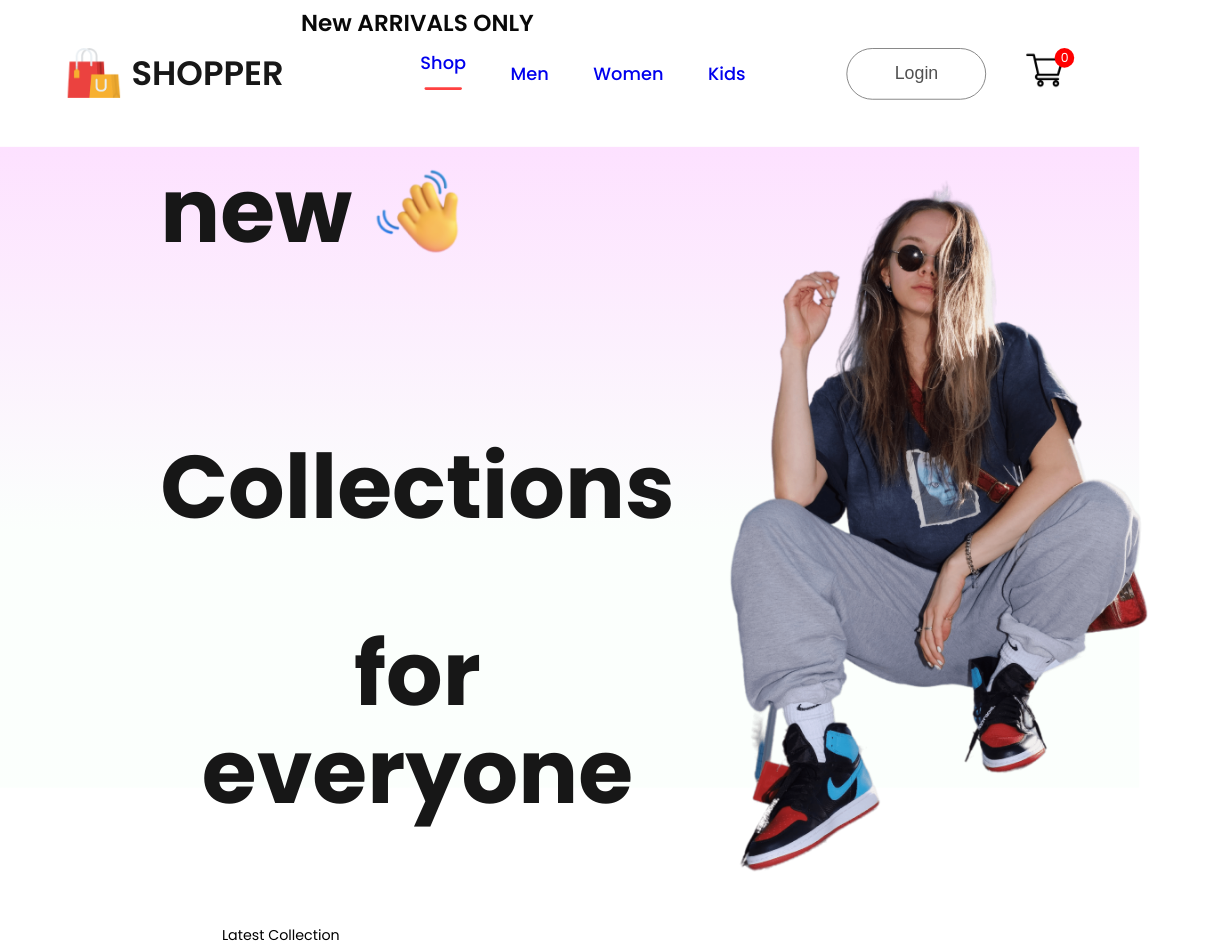
Repository: saritha55/EcommerceReactJs
Page: /
An editor plug-in stored every save of this project. The page is shown before and after the next save, followed by the edit.
The browser window is 1280 px wide. The page is 1371 px wide, so the pictures cover 1371 px, including what lies to the right of the window. The pictures show the whole page, at 89% of full size.
The project was rebuilt for these pictures with package versions that can differ from the ones it lists, and the page was loaded fresh each time. Also part of the build but not shown: src/Pages/ShopCategory.jsx, src/Pages/Product.jsx, src/Pages/Cart.jsx, src/Pages/LoginSignup.jsx.

Above is the page before, as saved 2024-12-02 14:51:15.

After the next save:
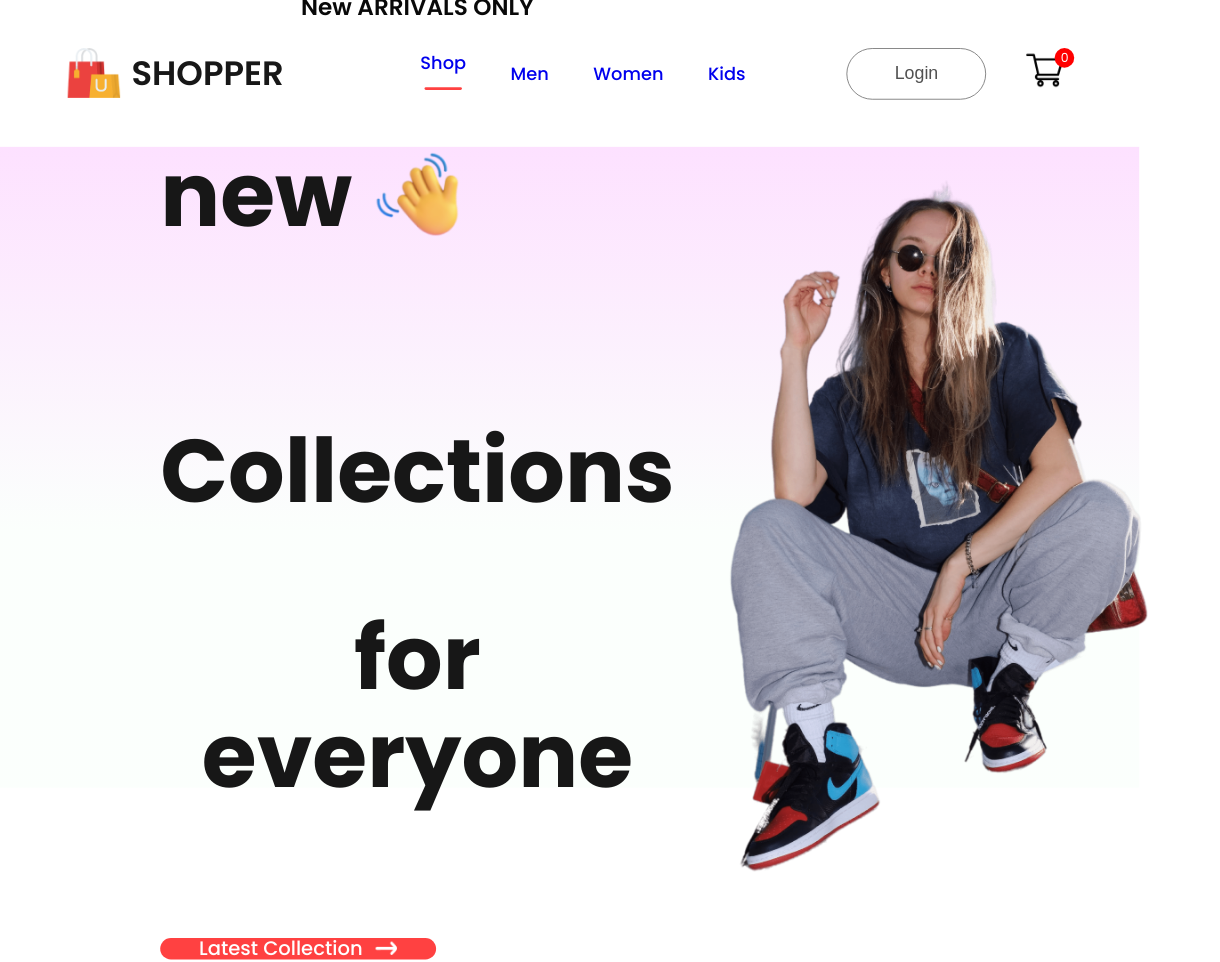
Saved 83 s later.
--- a/src/Components/Hero/Hero.css
+++ b/src/Components/Hero/Hero.css
@@ -39,5 +39,11 @@
     gap: 15px;
     width: 310px;
     height: 70px;
+    border-radius: 75px;
+    margin-top: 30px;
+    background: #ff4141;
+    color: white;
+    font-size: 22px;
+    font-weight: 500;
 
 }
